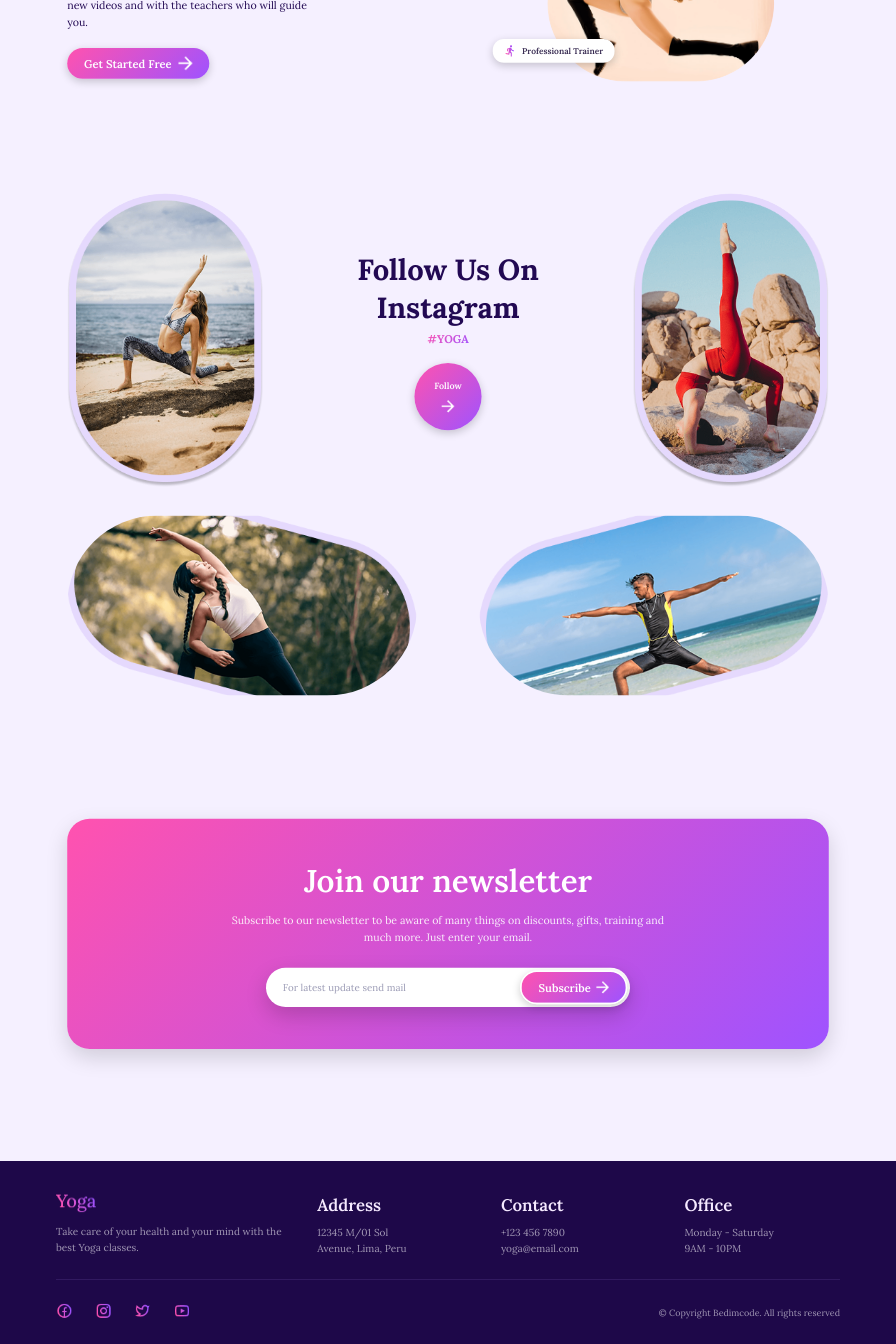
Repository: EunsuhJeon/responsive-yoga-website
Page: index.html
The author's editor kept a copy of each file at every save. The page is drawn from the files as they stood at one save, then again after the next save.
The browser window is 1280 px wide. The pictures show the part of the page from y = 1492 to 3412 px (the page is 3412 px tall before and 3389 px after), at 70% of full size.

Above is the page before, as saved 2025-11-27 00:17:01.

After the next save:
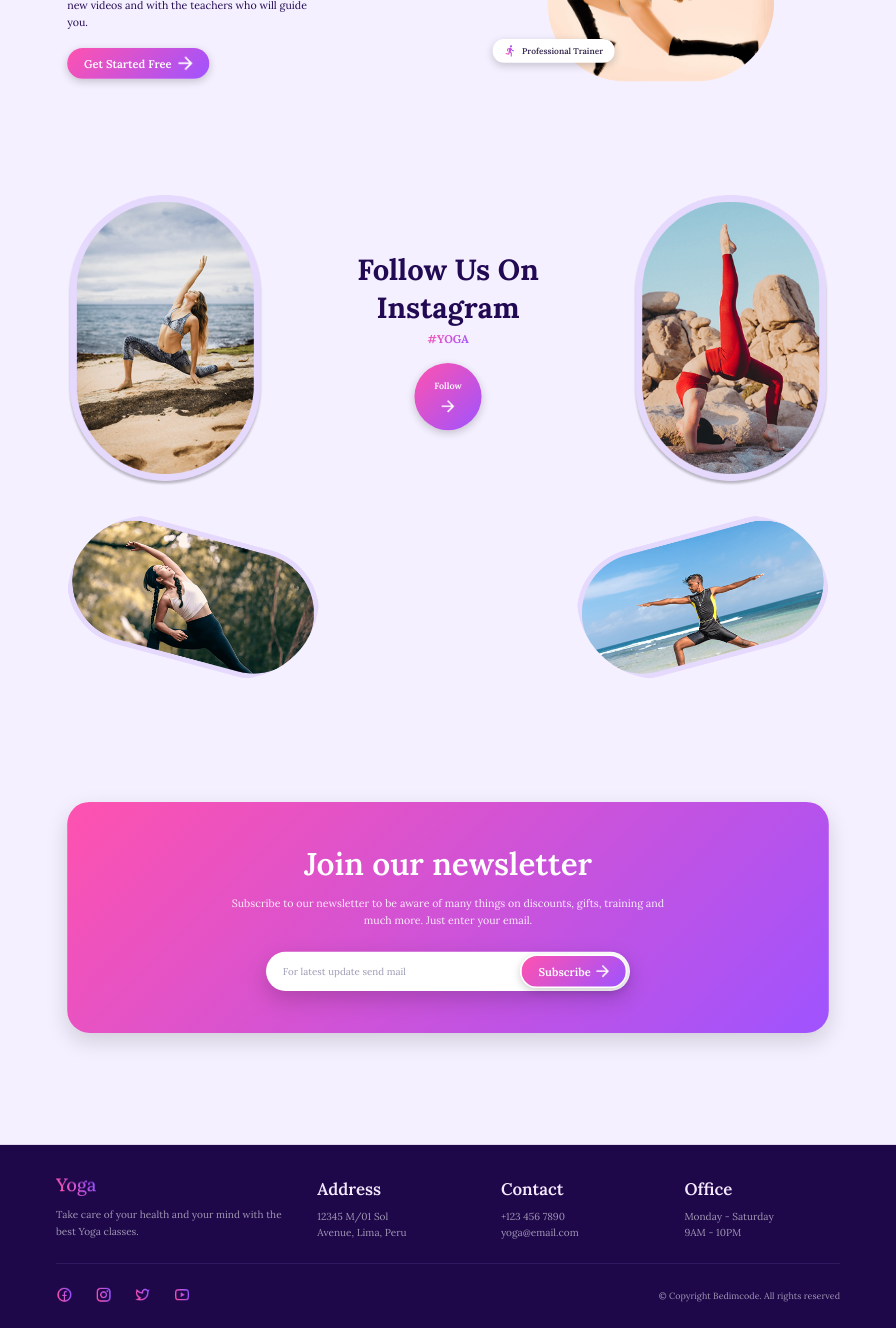
Saved 3 min 6 s later.
--- a/main.css
+++ b/main.css
@@ -642,7 +642,7 @@ header a{
 
 /* Estilo base para todas las imágenes */
 .seccion-5-img {
-  object-fit: cover;
+  object-fit: contain;
   border-radius: 192px;
   background: transparent;
 }
@@ -657,8 +657,9 @@ header a{
 /* Imágenes inferiores (apaisadas, ya rotadas en el archivo) */
 .seccion-5-img-bl,
 .seccion-5-img-br {
-  width: 500px;
-  height: 257px;
+  width: auto;
+  height: auto;
+  max-width: 360px;
 }
 
 /* Botón circular central */
